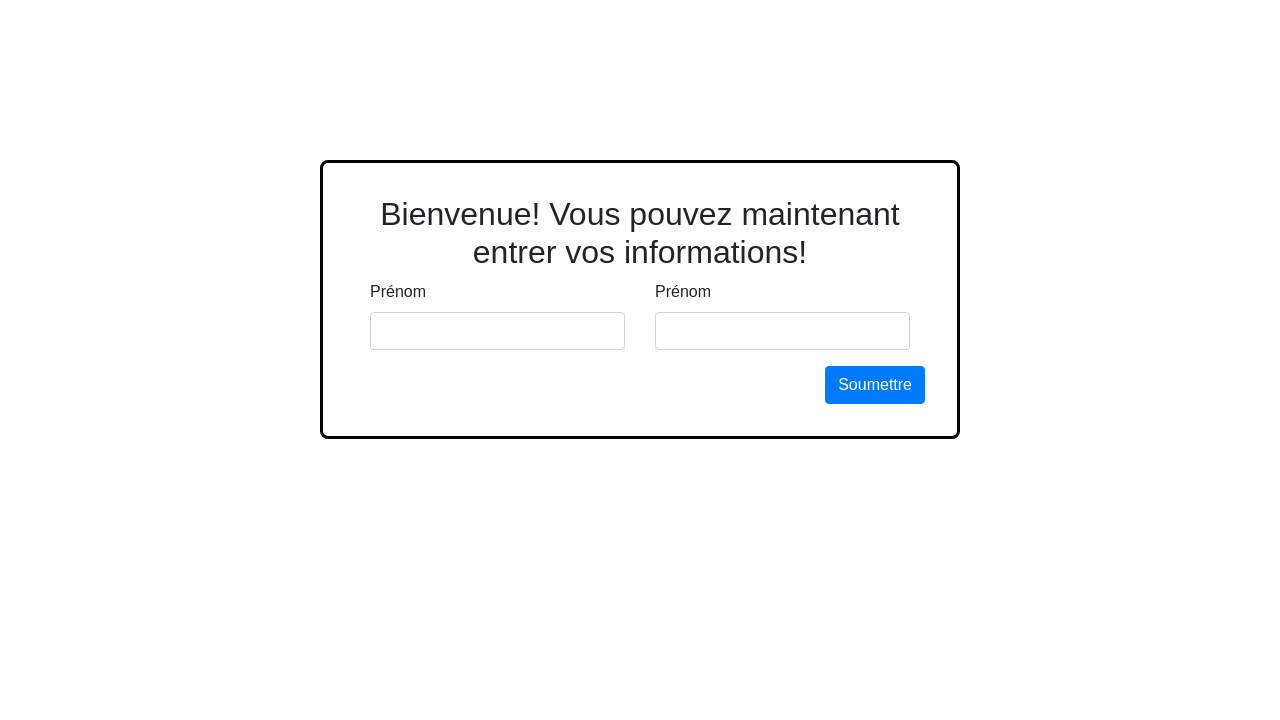
Repository: Aminox84/frontend-main
Page: /
An editor plug-in stored every save of this project. The page is shown before and after a run of saves, followed by the edit.
The browser window is 1280 px wide. The pictures show the whole page.
The project was rebuilt for these pictures with package versions that can differ from the ones it lists, and the page was loaded fresh each time.

Above is the page before, as saved 2022-12-29 19:55:25.

### public/index.html
<!DOCTYPE html>
<html lang="en">
  <head>
    <meta charset="utf-8" />
    <link rel="icon" href="%PUBLIC_URL%/favicon.ico" />
    <meta name="viewport" content="width=device-width, initial-scale=1" />
    <meta name="theme-color" content="#000000" />
    <meta
      name="description"
      content="Web site created using create-react-app"
    />
    <link rel="apple-touch-icon" href="%PUBLIC_URL%/logo192.png" />

    <link rel="manifest" href="%PUBLIC_URL%/manifest.json" />
    <link rel="stylesheet" href="https://cdn.jsdelivr.net/npm/bootstrap@4.4.1/dist/css/bootstrap.min.css" integrity="sha384-Vkoo8x4CGsO3+Hhxv8T/Q5PaXtkKtu6ug5TOeNV6gBiFeWPGFN9MuhOf23Q9Ifjh" crossorigin="anonymous">

    <title>React App</title>
  </head>
  <body>
    <noscript>You need to enable JavaScript to run this app.</noscript>
    <div id="root"></div>
    <script src="https://code.jquery.com/jquery-3.4.1.slim.min.js" integrity="sha384-J6qa4849blE2+poT4WnyKhv5vZF5SrPo0iEjwBvKU7imGFAV0wwj1yYfoRSJoZ+n" crossorigin="anonymous"></script>
    <script src="https://cdn.jsdelivr.net/npm/popper.js@1.16.0/dist/umd/popper.min.js" integrity="sha384-Q6E9RHvbIyZFJoft+2mJbHaEWldlvI9IOYy5n3zV9zzTtmI3UksdQRVvoxMfooAo" crossorigin="anonymous"></script>
    <script src="https://cdn.jsdelivr.net/npm/bootstrap@4.4.1/dist/js/bootstrap.min.js" integrity="sha384-wfSDF2E50Y2D1uUdj0O3uMBJnjuUD4Ih7YwaYd1iqfktj0Uod8GCExl3Og8ifwB6" crossorigin="anonymous"></script>
  </body>
</html>

### src/App.tsx
import React from 'react';
// import { useMultistepForm } from './useMultistepForm';
// import { AddressForm } from './AddressForm';
// import { AccountForm } from './AccountForm';
import { UserForm } from './userForm';


function App() {


// const {steps,currentStepIndex,step,isFirstStep,isLastStep,back,next} = useMultistepForm([<UserForm />,<AddressForm />,<AccountForm />])

  return (
    <div style={{position:"relative",background:"white",border:"0.2rem solid  black",padding:"2rem",margin:" 10rem auto",borderRadius:".5rem",fontFamily:"Arial",width:"50%",}}>
      <form>
       {/* <div style={{position:"absolute",top:".5rem",right:".5rem"}}> {currentStepIndex + 1} / {steps.length}</div> */}
       <UserForm/>
       <div className='d-flex justify-content-end'>
       {/* {!isFirstStep && <button className='btn btn-primary ml-2' type="button" onClick={back}>Back</button>} */}
       <button type="button" className='btn btn-primary ml-2'>Soumettre</button>
       </div>
      </form>
    </div>
  );
}

export default App;

### src/userForm.tsx
export function UserForm() {
  return (
    <>

      <h2 style={{textAlign:"center"}}>Bienvenue! Vous pouvez maintenant entrer vos informations!</h2>

<div className="container">
  <div className="row">
    <div className="col">
    <div className="form-group">
          <label htmlFor="exampleInputPassword1">Prénom</label>
          <input
            type="password"
            className="form-control"
            id="exampleInputPassword1"
          />
        </div>
    </div>
    <div className="col">
    <div className="form-group">
          <label htmlFor="exampleInputPassword1">Prénom</label>
          <input
            type="password"
            className="form-control"
            id="exampleInputPassword1"
          />
        </div>
    </div>
  </div>
  </div>


    </>
  )
}

Loaded but not shown: src/index.tsx (common file)

After the next 3 saves:
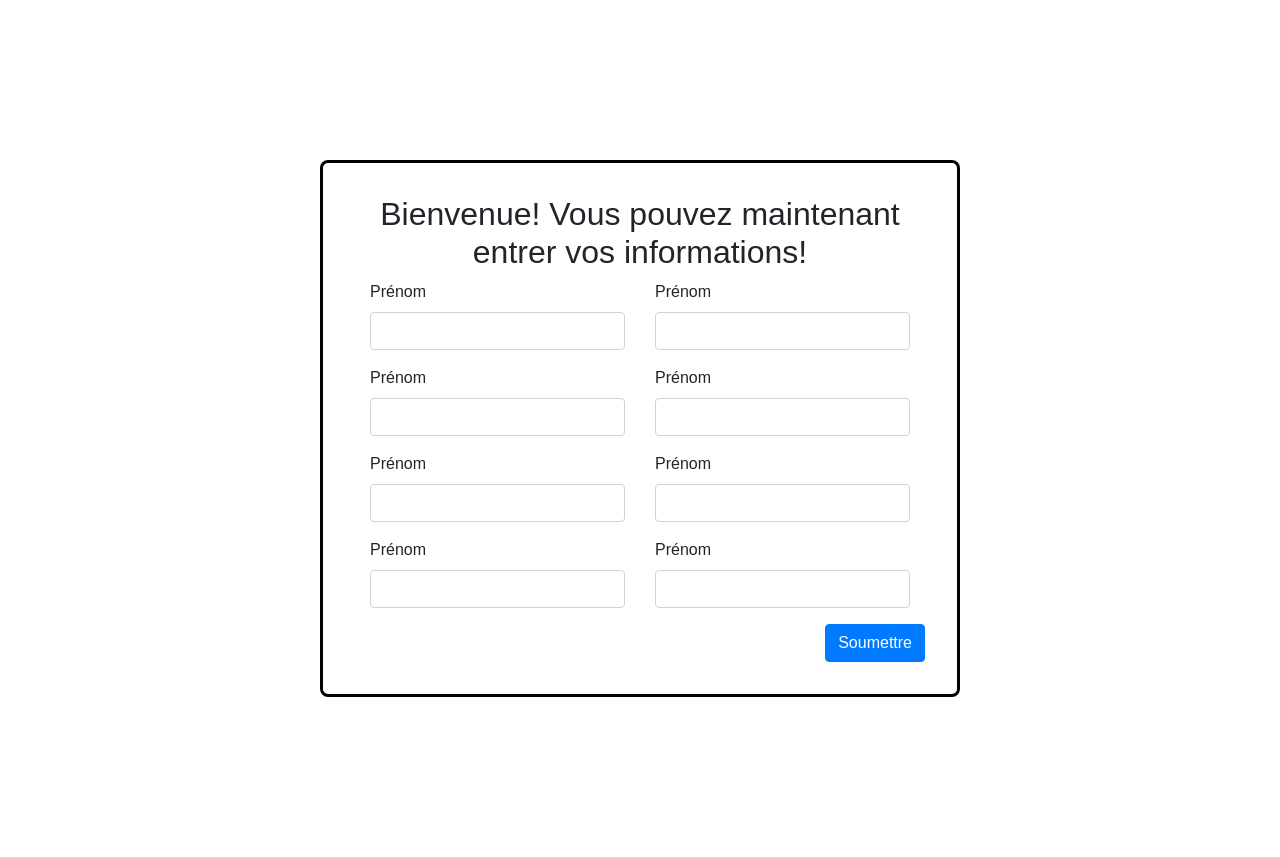
The 3 saves are shown as one change because they came seconds apart.
The last was saved 22 s later.
--- a/src/userForm.tsx
+++ b/src/userForm.tsx
@@ -27,6 +27,72 @@ export function UserForm() {
         </div>
     </div>
   </div>
+  <div className="row">
+    <div className="col">
+    <div className="form-group">
+          <label htmlFor="exampleInputPassword1">Prénom</label>
+          <input
+            type="password"
+            className="form-control"
+            id="exampleInputPassword1"
+          />
+        </div>
+    </div>
+    <div className="col">
+    <div className="form-group">
+          <label htmlFor="exampleInputPassword1">Prénom</label>
+          <input
+            type="password"
+            className="form-control"
+            id="exampleInputPassword1"
+          />
+        </div>
+    </div>
+  </div>
+  <div className="row">
+    <div className="col">
+    <div className="form-group">
+          <label htmlFor="exampleInputPassword1">Prénom</label>
+          <input
+            type="password"
+            className="form-control"
+            id="exampleInputPassword1"
+          />
+        </div>
+    </div>
+    <div className="col">
+    <div className="form-group">
+          <label htmlFor="exampleInputPassword1">Prénom</label>
+          <input
+            type="password"
+            className="form-control"
+            id="exampleInputPassword1"
+          />
+        </div>
+    </div>
+  </div>
+  <div className="row">
+    <div className="col">
+    <div className="form-group">
+          <label htmlFor="exampleInputPassword1">Prénom</label>
+          <input
+            type="password"
+            className="form-control"
+            id="exampleInputPassword1"
+          />
+        </div>
+    </div>
+    <div className="col">
+    <div className="form-group">
+          <label htmlFor="exampleInputPassword1">Prénom</label>
+          <input
+            type="password"
+            className="form-control"
+            id="exampleInputPassword1"
+          />
+        </div>
+    </div>
+  </div>
   </div>
 
 
